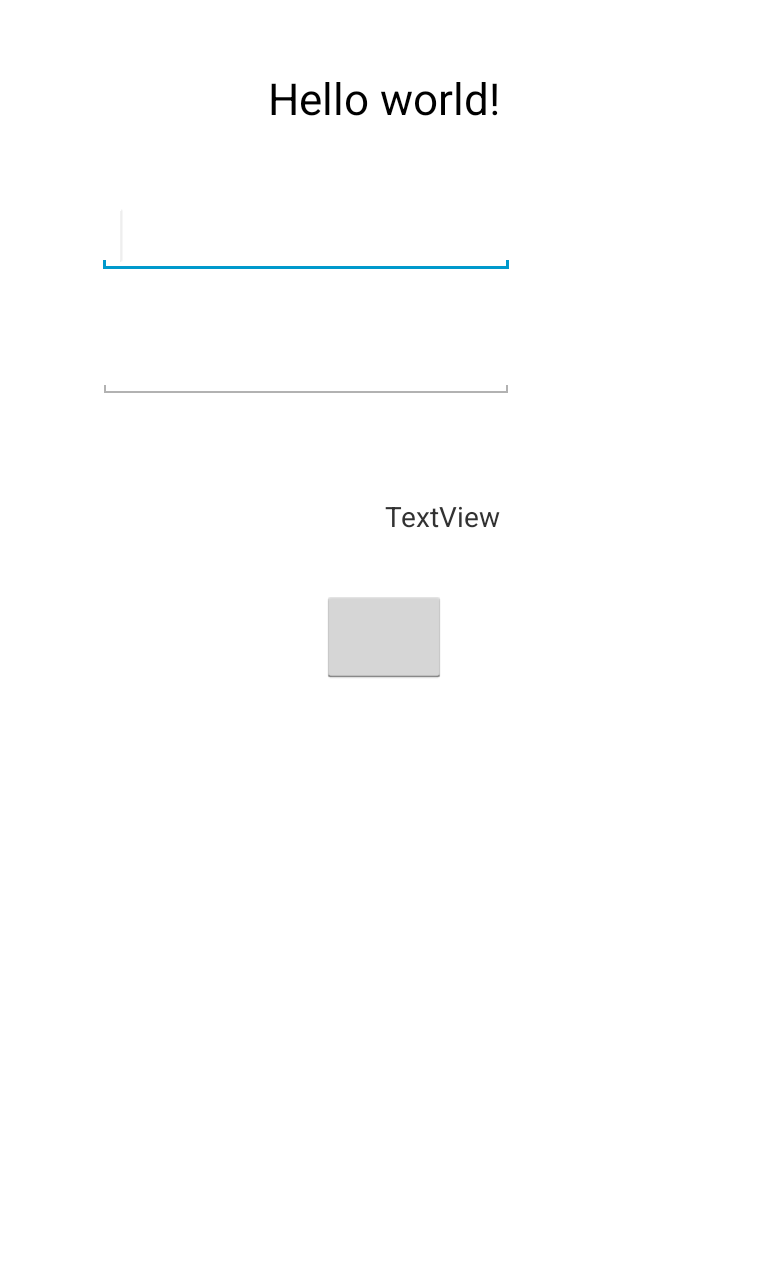
Repository: ktarrant/medixpress
Layout: medixpress_commercial/res/layout/activity_login.xml
The author's editor kept a copy of each file at every save. The layout is drawn from the files as they stood at one save, then again after the next save.
It is drawn on a 768 x 1280 px phone screen (xhdpi) without system bars, with theme AppTheme; the app's code is not run.

Above is the layout before, as saved 2014-04-08 06:07:36.

### medixpress_commercial/res/layout/activity_login.xml
<?xml version="1.0" encoding="utf-8"?>
<RelativeLayout xmlns:android="http://schemas.android.com/apk/res/android"
   xmlns:tools="http://schemas.android.com/tools"
   android:layout_width="match_parent"
   android:layout_height="match_parent"
   android:paddingBottom="@dimen/activity_vertical_margin"
   android:paddingLeft="@dimen/activity_horizontal_margin"
   android:paddingRight="@dimen/activity_horizontal_margin"
   android:paddingTop="@dimen/activity_vertical_margin"
   tools:context=".MainActivity" >

   <TextView
      android:id="@+id/textView1"
      android:layout_width="wrap_content"
      android:layout_height="wrap_content"
      android:layout_alignParentTop="true"
      android:layout_centerHorizontal="true"
      android:layout_marginTop="18dp"
      android:text="@string/hello_world"
      android:textAppearance="?android:attr/textAppearanceLarge" />

   <TextView
      android:id="@+id/textView2"
      android:layout_width="wrap_content"
      android:layout_height="wrap_content"
      android:layout_alignParentLeft="true"
      android:layout_below="@+id/textView1"
      android:layout_marginTop="50dp"
      android:text="@string/username"
      android:textAppearance="?android:attr/textAppearanceMedium" />

   <EditText
      android:id="@+id/editText1"
      android:layout_width="wrap_content"
      android:layout_height="wrap_content"
      android:layout_alignBottom="@+id/textView2"
      android:layout_marginLeft="32dp"
      android:layout_toRightOf="@+id/textView2"
      android:ems="10" >

      <requestFocus />
   </EditText>

   <TextView
      android:id="@+id/textView3"
      android:layout_width="wrap_content"
      android:layout_height="wrap_content"
      android:layout_alignLeft="@+id/textView2"
      android:layout_below="@+id/textView2"
      android:layout_marginTop="38dp"
      android:text="@string/password"
      android:textAppearance="?android:attr/textAppearanceMedium" />

   <EditText
      android:id="@+id/editText2"
      android:layout_width="wrap_content"
      android:layout_height="wrap_content"
      android:layout_alignBottom="@+id/textView3"
      android:layout_alignLeft="@+id/editText1"
      android:ems="10"
      android:inputType="textPassword" />

   <Button
      android:id="@+id/button1"
      android:layout_width="wrap_content"
      android:layout_height="wrap_content"
      android:layout_below="@+id/editText2"
      android:layout_centerHorizontal="true"
      android:layout_marginTop="94dp"
      android:onClick="login"
      android:text="@string/Login" />

   <TextView
      android:id="@+id/textView4"
      android:layout_width="wrap_content"
      android:layout_height="wrap_content"
      android:layout_alignLeft="@+id/textView3"
      android:layout_below="@+id/textView3"
      android:layout_marginLeft="30dp"
      android:layout_marginTop="48dp"
      android:text="@string/attempts"
      android:textAppearance="?android:attr/textAppearanceMedium" />

   <TextView
      android:id="@+id/textView5"
      android:layout_width="wrap_content"
      android:layout_height="wrap_content"
      android:layout_alignRight="@+id/textView1"
      android:layout_alignTop="@+id/textView4"
      android:text="TextView" />

</RelativeLayout>

### medixpress_commercial/res/values/strings.xml
<?xml version="1.0" encoding="utf-8"?>
<resources>

    <string name="app_name">MediXpress Commercial</string>
    <string name="action_settings">Settings</string>
    <string name="hello_world">Hello world!</string>


    <string name="action_search">MediXpress Search</string>
    <string name="search_hint">Enter an strain, customer, order #, or anything else&#8230;</string>

    <string name="username"></string>
	<string name="password"></string>
	<string name="Login"></string>
	<string name="attempts"></string>
</resources>

Loaded but not shown: medixpress_commercial/res/values/styles.xml (common file); medixpress_commercial/res/values-v11/styles.xml (common file); medixpress_commercial/res/values-v14/styles.xml (common file); medixpress_commercial/res/values/dimens.xml (common file)

After the next save:
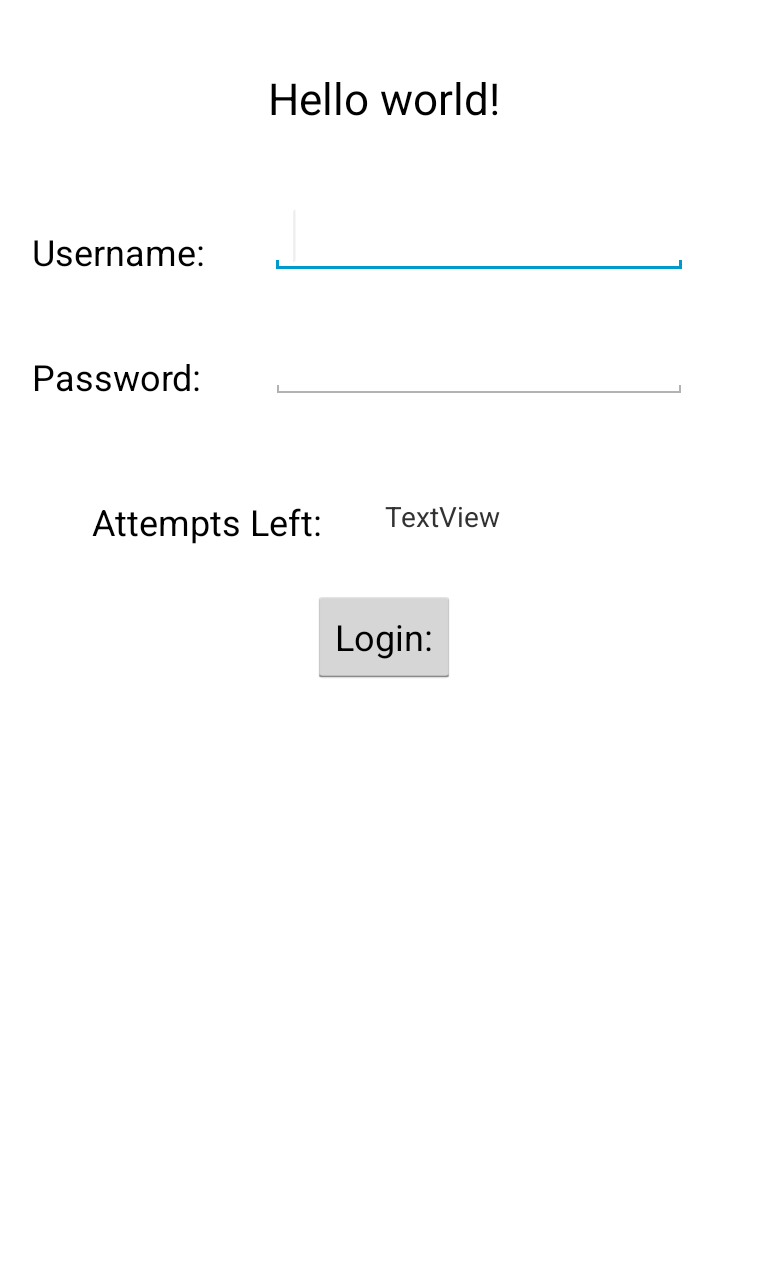
Saved 54 s later.
--- a/medixpress_commercial/res/values/strings.xml
+++ b/medixpress_commercial/res/values/strings.xml
@@ -9,8 +9,8 @@
     <string name="action_search">MediXpress Search</string>
     <string name="search_hint">Enter an strain, customer, order #, or anything else&#8230;</string>
 
-    <string name="username"></string>
-	<string name="password"></string>
-	<string name="Login"></string>
-	<string name="attempts"></string>
+    <string name="username">Username:</string>
+	<string name="password">Password:</string>
+	<string name="Login">Login:</string>
+	<string name="attempts">Attempts Left:</string>
 </resources>
